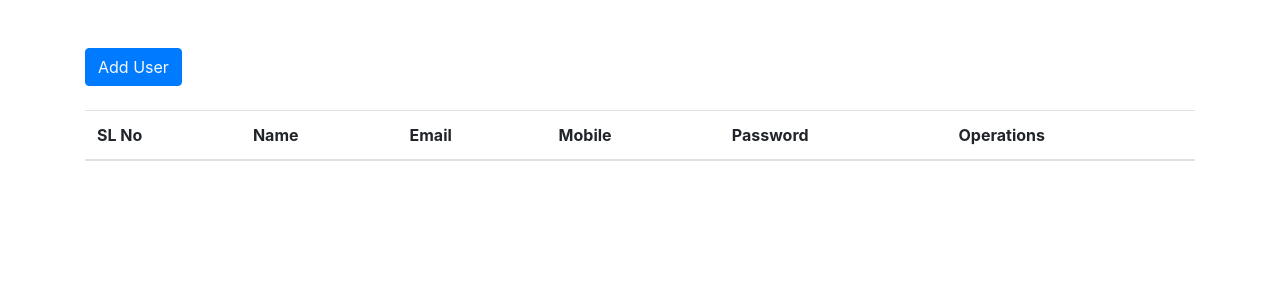
Repository: AMIT1439027/crud-app
Page: http://localhost/display.php
The author's editor kept a copy of each file at every save. The page is drawn from the files as they stood at one save, then again after the next save.
The browser window is 1280 px wide. The pictures show the whole page.
The page is run by PHP 8.4 with error messages shown; the project is at /var/www/html/. Queries for data that is not in the repository find no rows.

Above is the page before, as saved 2024-04-25 10:37:40.

### display.php
<?php
 include('connect.php');
?>
<!DOCTYPE html>
<html lang="en">
<head>
    <meta charset="UTF-8">
    <meta name="viewport" content="width=device-width, initial-scale=1.0">
    <title>crud operation</title>
    <link rel="stylesheet" href="https://cdn.jsdelivr.net/npm/bootstrap@4.0.0/dist/css/bootstrap.min.css">


</head>
<body>

<div class="container my-5">
    <button class="btn btn-primary"><a href="user.php"
    class="text-light">Add User </a></button>

    <br>
    <br>

    <table class="table">
  <thead>
    <tr>
      <th scope="col">SL No</th>
      <th scope="col">Name</th>
      <th scope="col">Email</th>
      <th scope="col">Mobile</th>
      <th scope="col">Password</th>
      <th scope="col">Operations</th>

    </tr>
  </thead>
  <tbody>

  <?php

  $sql = "select *  from crud";
  $result = mysqli_query($con,$sql);

  if($result){
    // $row =mysqli_fetch_assoc($result);
    // echo $row['name'];

    while( $row =mysqli_fetch_assoc($result)){

         $id = $row["id"];
         $name = $row["name"];
         $email =$row["email"] ;
         $mobile = $
         $password = $row["password"];
    }
  }

?>
    <!-- <tr>
      <th scope="row">1</th>
      <td>Mark</td>
      <td>Otto</td>
      <td>@mdo</td>
    </tr>
    <tr>
      <th scope="row">2</th>
      <td>Jacob</td>
      <td>Thornton</td>
      <td>@fat</td>
    </tr>
    <tr>
      <th scope="row">3</th>
      <td>Larry</td>
      <td>the Bird</td>
      <td>@twitter</td>
    </tr> -->
  </tbody>
</table>

</div>


</body>
</html>

### connect.php
<?php
  $con = new mysqli('localhost', 'root', 'mysql143', 'crudoperation');

  if(!$con){
    // echo " Connection successful";
    die(mysqli_error($con));
  }
//   }else{
//     die(mysqli_error($con));
//   }

?>

After the next save:
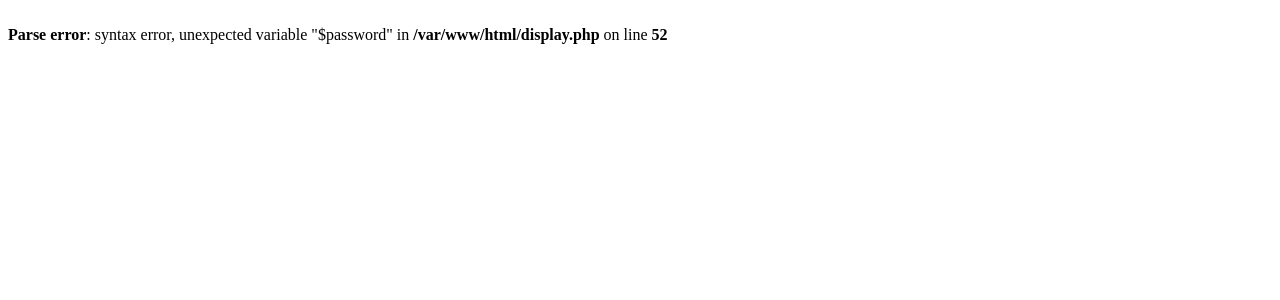
Saved 6 s later.
--- a/display.php
+++ b/display.php
@@ -48,7 +48,7 @@
          $id = $row["id"];
          $name = $row["name"];
          $email =$row["email"] ;
-         $mobile = $
+         $mobile = $row[]
          $password = $row["password"];
     }
   }

After the 3 saves that followed:
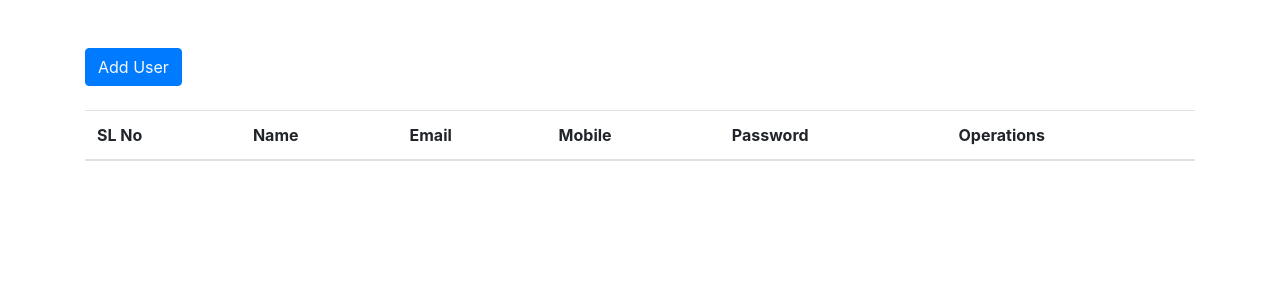
The 3 saves are shown as one change because they came seconds apart.
The last was saved 11 s later.
--- a/display.php
+++ b/display.php
@@ -48,8 +48,10 @@
          $id = $row["id"];
          $name = $row["name"];
          $email =$row["email"] ;
-         $mobile = $row[]
+         $mobile = $row["mobile"];
          $password = $row["password"];
+
+
     }
   }
 
